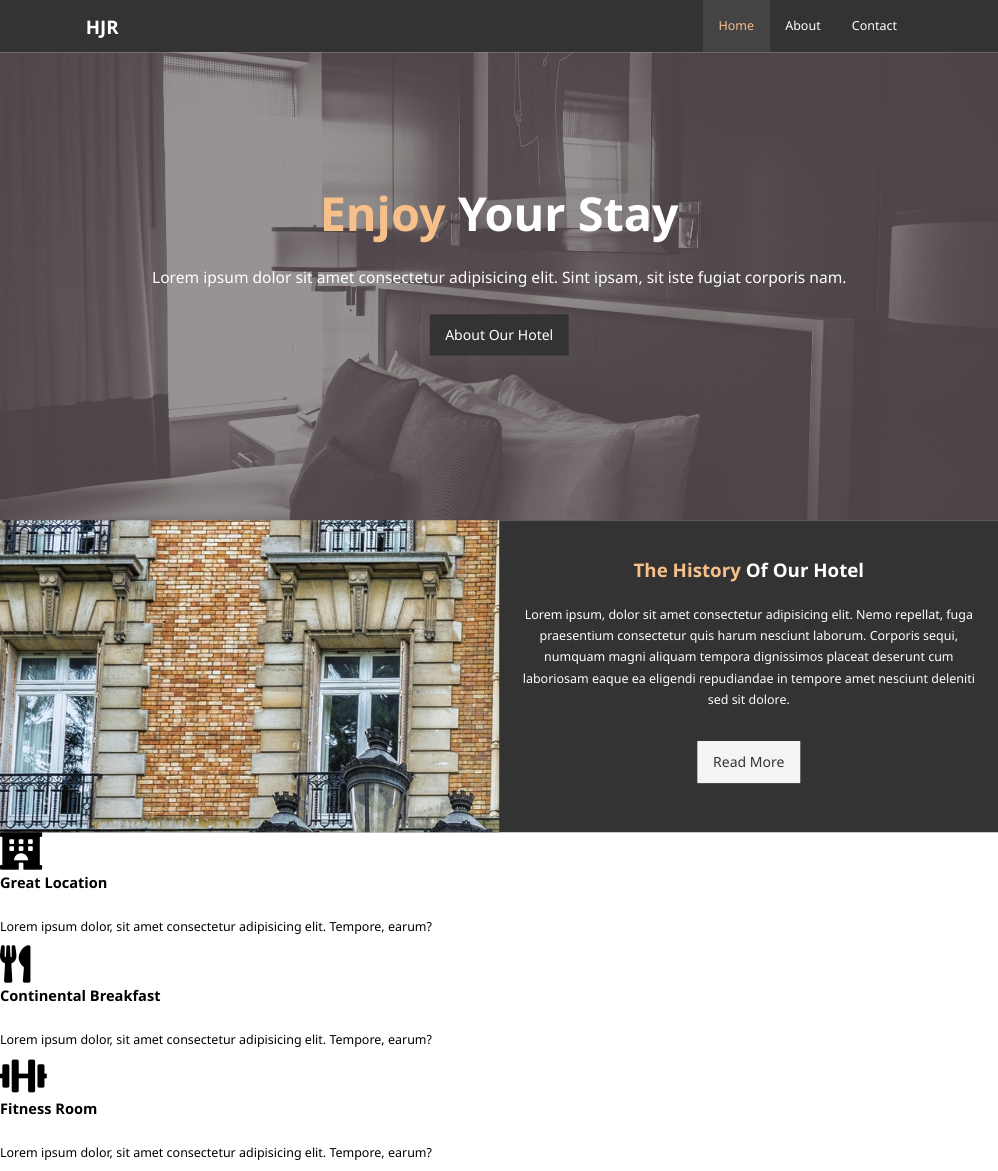
Repository: dimlutine/Hotel-Project
Page: index.html
The author's editor kept a copy of each file at every save. The page is drawn from the files as they stood at one save, then again after the next save.
The browser window is 1280 px wide. The pictures show the whole page, at 78% of full size.
Some web libraries are served in a nearby version.

Above is the page before, as saved 2019-07-05 22:32:09.

### index.html
<!DOCTYPE html>
<html lang="en">

<head>
    <meta charset="UTF-8">
    <meta name="viewport" content="width=device-width, initial-scale=1.0">
    <meta http-equiv="X-UA-Compatible" content="ie=edge">
    <meta name="description" content="Welcome to the neatest hotel in Durham, North Carolina!">
    <meta name="keywords" content="hotel,durham hotel, north carolina hotel, rdu hotel">
    <link rel="stylesheet" href="https://use.fontawesome.com/releases/v5.6.1/css/all.css" integrity="sha384-gfdkjb5BdAXd+lj+gudLWI+BXq4IuLW5IT+brZEZsLFm++aCMlF1V92rMkPaX4PP" crossorigin="anonymous">
    <link rel="stylesheet" href="css/style.css">
    <title>Hotel JR | Durham Hotel</title>
</head>

<body>
    <header>
        <nav id="navbar">
            <div class="container">
                <h1 class="logo"><a href="index.html">HJR</a></h1>
                <ul>
                    <li><a class="current" href="index.html">Home</a></li>
                    <li><a href="about.html">About</a></li>
                    <li><a href="contact.html">Contact</a></li>
                </ul>
            </div>

        </nav>
        <div id="showcase">
            <div class="container">
                <div class="showcase-content">
                    <h1>
                        <span class="text-primary">Enjoy</span> Your Stay
                    </h1>
                    <p class="lead">Lorem ipsum dolor sit amet consectetur adipisicing elit. Sint ipsam, sit iste fugiat corporis nam.</p>
                    <a class="btn" href="about.html">About Our Hotel</a>
                </div>
            </div>
        </div>
    </header>

    <section id="home-info" class="bg-dark">
        <div class="info-img"></div>
        <div class="info-content">
            <h2><span class="text-primary">The History </span>Of Our Hotel</h2>
            <p>Lorem ipsum, dolor sit amet consectetur adipisicing elit. Nemo repellat, fuga praesentium consectetur quis harum nesciunt laborum. Corporis sequi, numquam magni aliquam tempora dignissimos placeat deserunt cum laboriosam eaque ea eligendi
                repudiandae in tempore amet nesciunt deleniti sed sit dolore.</p>
            <a href="about.html" class="btn btn-light">Read More</a>
        </div>
    </section>

    <section id="features">
        <div class="box">
            <i class="fas fa-hotel fa-3x"></i>
            <h3>Great Location</h3>
            <p>Lorem ipsum dolor, sit amet consectetur adipisicing elit. Tempore, earum?</p>
        </div>
        <div class="box">
            <i class="fas fa-utensils fa-3x"></i>
            <h3>Continental Breakfast</h3>
            <p>Lorem ipsum dolor, sit amet consectetur adipisicing elit. Tempore, earum?</p>
        </div>
        <div class="box">
            <i class="fas fa-dumbbell fa-3x"></i>
            <h3>Fitness Room</h3>
            <p>Lorem ipsum dolor, sit amet consectetur adipisicing elit. Tempore, earum?</p>
        </div>
    </section>
</body>

</html>

### css/style.css
* {
    padding: 0;
    margin: 0;
    box-sizing: border-box;
}

html,
body {
    font-family: 'Segoe UI', 'Segoe UI', Tahoma, Geneva, Verdana, sans-serif;
    line-height: 1.7em;
}

a {
    color: #333;
    text-decoration: none;
}

h1,
h2,
h3 {
    padding-bottom: 20px;
}

p {
    margin: 10px 0;
}


/* Utilities */

.container {
    margin: auto;
    max-width: 1100px;
    overflow: auto;
    padding: 0 20px;
}

.text-primary {
    color: #f7c08a;
}

.lead {
    font-size: 20px;
}

.btn {
    display: inline-block;
    font-size: 18px;
    color: #fff;
    background: #333;
    padding: 13px 20px;
    border: none;
    cursor: pointer;
}

.btn:hover {
    background: #f7c08a;
    color: #333;
}

.btn-light {
    background: #f4f4f4;
    color: #333;
}

.bg-dark {
    background: #333;
    color: #fff;
}

.bg-light {
    background: #f4f4f4;
    color: #333;
}

.bg-primary {
    background: #333;
    color: #f7c08a;
}

#navbar {
    background: #333;
    color: #fff;
    overflow: auto;
}

#navbar a {
    color: #fff;
}

#navbar h1 {
    float: left;
    padding-top: 20px;
}

#navbar ul {
    float: right;
    list-style: none;
}

#navbar ul li {
    float: left;
}

#navbar ul li a {
    display: block;
    padding: 20px;
    text-align: center;
}

#navbar ul li a:hover,
#navbar ul li a.current {
    background: #444;
    color: #f7c08a;
}


/* Showcase */

#showcase {
    background: url('../img/showcase.jpg') no-repeat center center/cover;
    height: 600px;
}

#showcase .showcase-content {
    color: #fff;
    text-align: center;
    padding-top: 170px;
}

#showcase .showcase-content h1 {
    font-size: 60px;
    line-height: 1.2em;
}

#showcase .showcase-content p {
    padding-bottom: 20px;
    line-height: 1.7em;
}


/* Home Info */

#home-info {
    height: 400px;
}

#home-info .info-img {
    float: left;
    width: 50%;
    background: url('../img/photo-1.jpg') no-repeat;
    min-height: 100%;
}

#home-info .info-content {
    float: right;
    width: 50%;
    height: 100%;
    text-align: center;
    padding: 50px 30px;
    overflow: hidden;
}

#home-info .info-content p {
    padding-bottom: 30px;
}

After the next save:
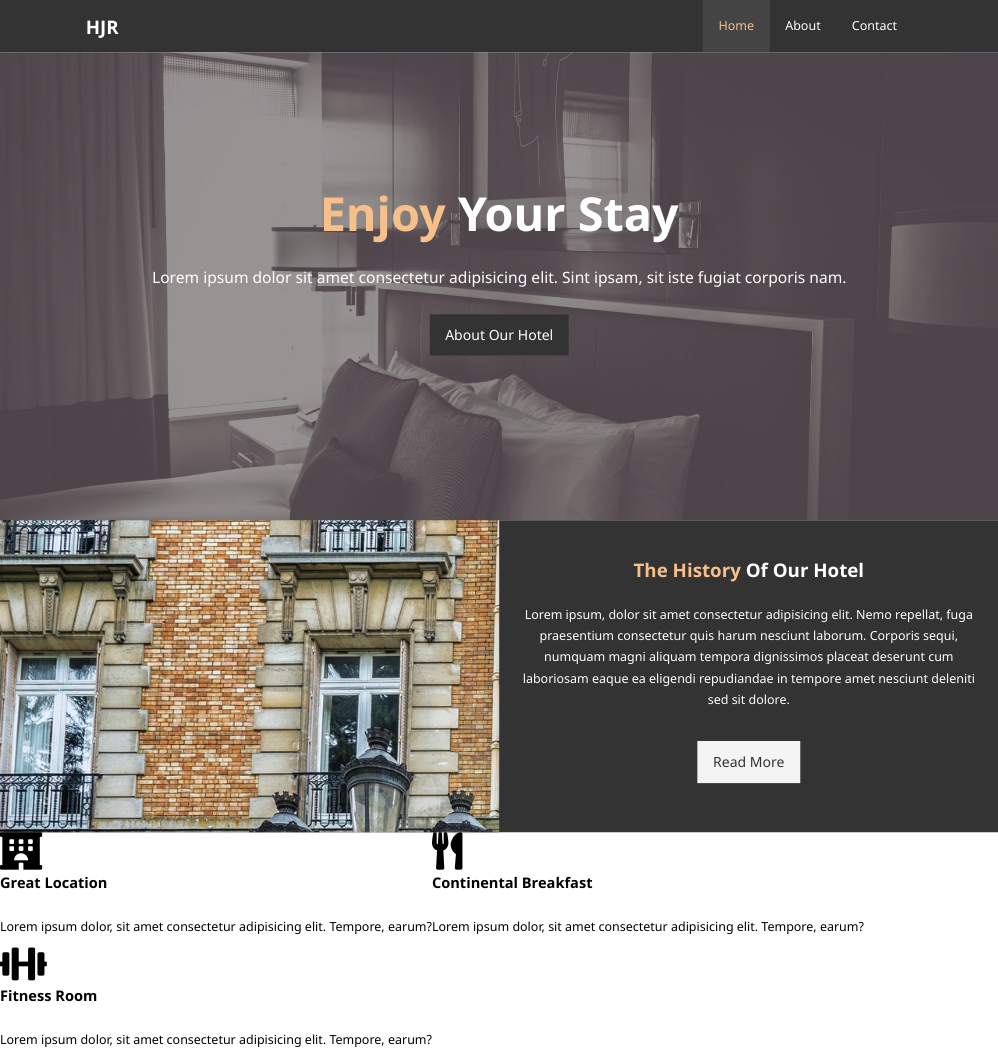
Saved 53 s later.
--- a/css/style.css
+++ b/css/style.css
@@ -164,3 +164,10 @@ p {
 #home-info .info-content p {
     padding-bottom: 30px;
 }
+
+
+/*Features*/
+
+.box {
+    float: left;
+}
